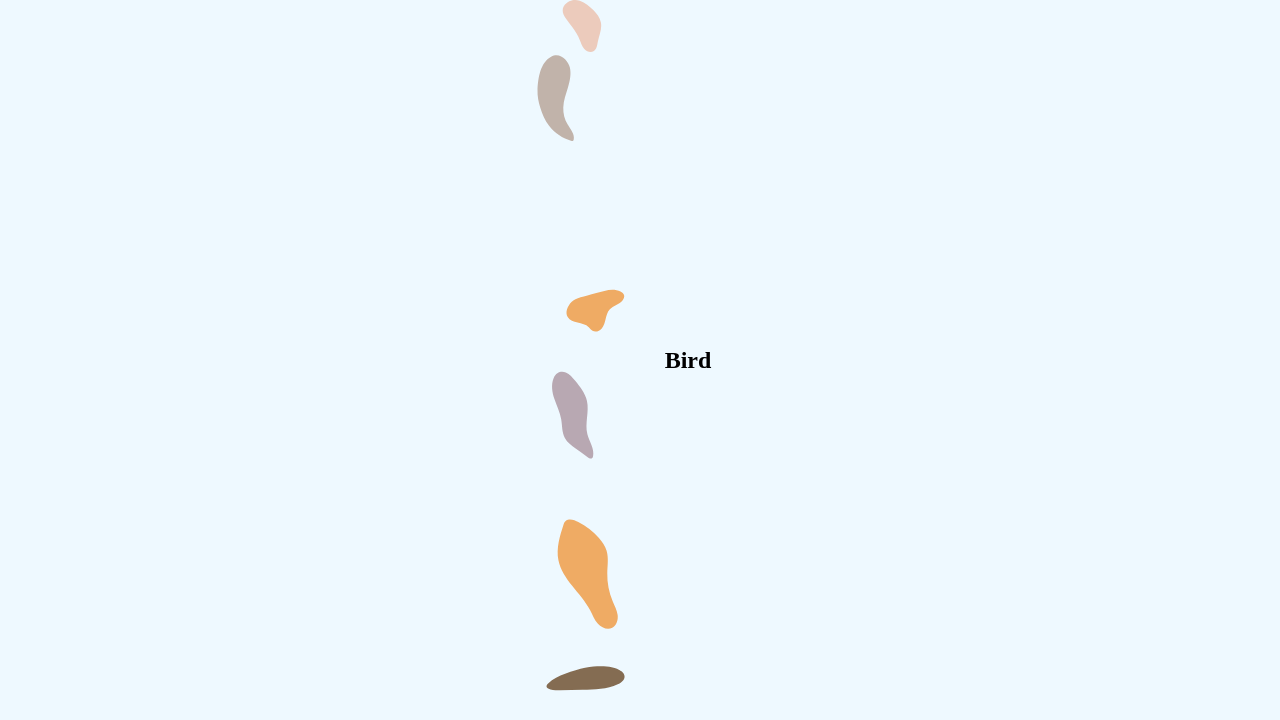
Repository: sebastiann88/svg-animals
Page: index.html
These files come from the project's save history. The page is drawn as it stood at one moment and after the next save; the edit follows.
The browser window is 1280 px wide. The pictures show the window.
A layer covers the whole window, so only the first screen is drawn.

Above is the page before, as saved 2024-09-05 03:46:14.

After the next save:
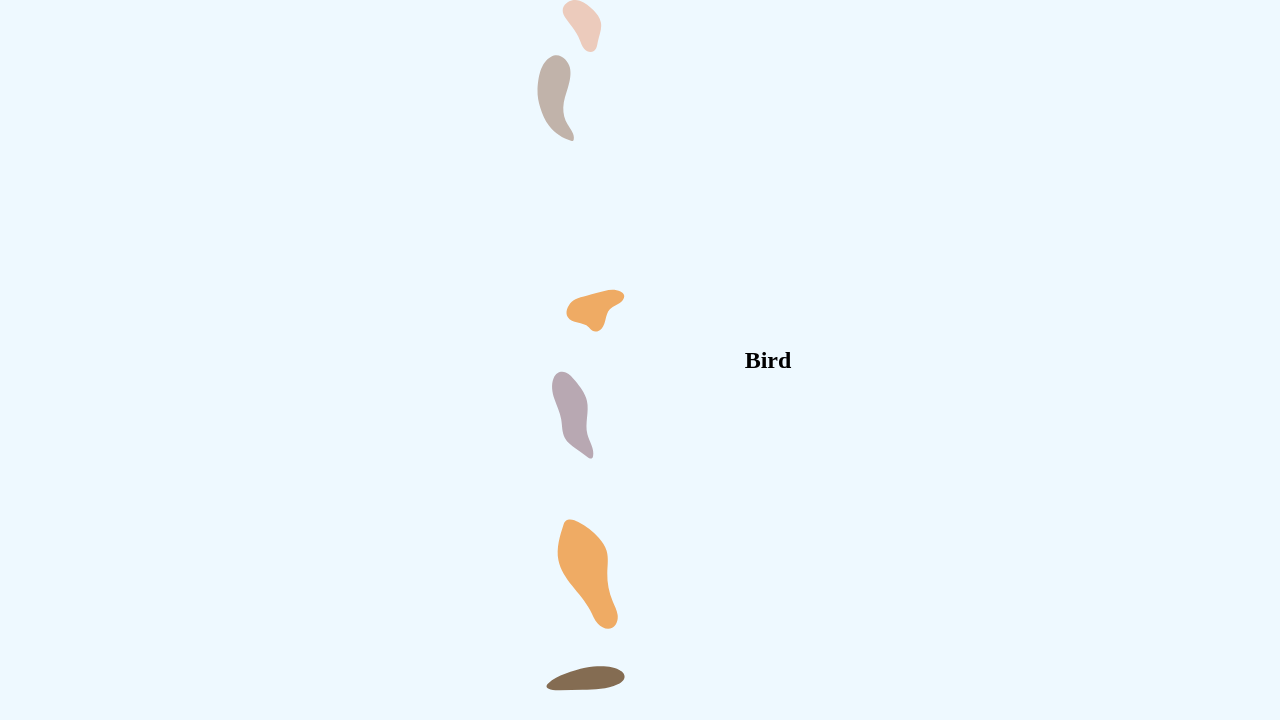
Saved 24 s later.
--- a/css/style.css
+++ b/css/style.css
@@ -56,5 +56,5 @@ section {
 	justify-content: center;
 	height: 100vh;
 	width: 100%;
-	padding-left: 3em;
+	padding-left: 8em;
 }
